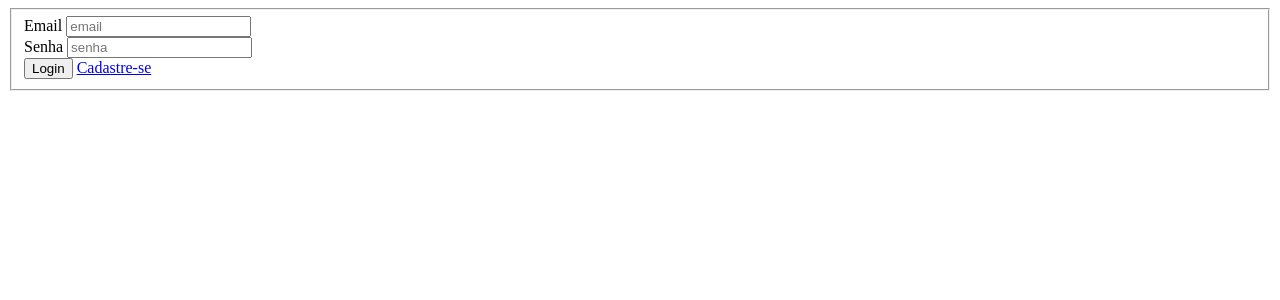
Repository: moises2112/Projetos
Page: http://localhost/Dog/LoginController.do?action=logar
The author's editor kept a copy of each file at every save. The page is drawn from the files as they stood at one save, then again after the next save.
The browser window is 1280 px wide. The pictures show the whole page.
The page is served by Tomcat 9. Other server files are loaded and not shown.

Above is the page before, as saved 2017-06-10 17:53:50.

### Dog/WebContent/login.jsp

<%@ page language="java" contentType="text/html; charset=ISO-8859-1"
	pageEncoding="ISO-8859-1"%>
<%@ taglib uri="http://java.sun.com/jsp/jstl/core" prefix="c"%>
<!DOCTYPE HTML>
<html>
<head>
<meta http-equiv="Content-Type" content="text/html; charset=ISO-8859-1">

<title>Bem vindo ao Tindog</title>
</head>
<body>
	<form action="LoginController.do?action=logar" method="post">
		<fieldset>
			<div>
				<label for="email">Email</label> <input type="text" name="email"
					placeholder="email" />
			</div>
			<div>
				<label for="senha">Senha</label> <input type="password" name="senha"
					placeholder="senha" />
			</div>
			<div>
				<input type="submit" value="Login" /> <a href="./cadastrar.jsp">Cadastre-se</a>

			</div>

		</fieldset>
	</form>

	<label><c:out value="${erroAoLogar}" /></label>


</body>
</html>

### Dog/src/br/com/dog/controller/LoginController.java
package br.com.dog.controller;

import java.io.IOException;

import java.sql.SQLException;

import javax.servlet.RequestDispatcher;
import javax.servlet.ServletConfig;
import javax.servlet.ServletException;
import javax.servlet.annotation.WebServlet;
import javax.servlet.http.HttpServlet;
import javax.servlet.http.HttpServletRequest;
import javax.servlet.http.HttpServletResponse;
import javax.servlet.http.HttpSession;
import br.com.dog.controller.util.NavegacaoUtil;
import br.com.dog.model.dao.CachorroDAO;
import br.com.dog.model.dao.UsuarioDAO;
import br.com.dog.model.dao.impl.jdbc.CachorroDao;
import br.com.dog.model.dao.impl.jdbc.UsuarioDao;
import br.com.dog.model.entity.Usuario;

/**
 * Servlet implementation class LoginController
 */
@WebServlet("/LoginController.do")
public class LoginController extends HttpServlet {
	private static final long serialVersionUID = 1L;

	/**
	 * Default constructor.
	 */

	/**
	 * @see HttpServlet#doGet(HttpServletRequest request, HttpServletResponse
	 *      response)
	 */
	protected void doGet(HttpServletRequest request, HttpServletResponse response)
			throws ServletException, IOException {

		RequestDispatcher view = request.getRequestDispatcher(NavegacaoUtil.LOGIN);
		view.forward(request, response);
	}

	/**
	 * @see HttpServlet#doPost(HttpServletRequest request, HttpServletResponse
	 *      response)
	 */
	protected void doPost(HttpServletRequest request, HttpServletResponse response)
			throws ServletException, IOException {
		String action = request.getParameter("action");
		RequestDispatcher view = null;
		if (action.equalsIgnoreCase("logar")) {
			UsuarioDAO userDAO = new UsuarioDao();

			String senhaDaTela = request.getParameter("senha");
			String emailDaTela = request.getParameter("email");

			Usuario usuario = null;

			try {
				// erro esta na linha abaixo
				usuario = userDAO.buscarLoginSenha(senhaDaTela, emailDaTela);

			} catch (SQLException e) {
				// TODO Auto-generated catch block
				e.printStackTrace();
			}

			if (usuario != null) {
				view = request.getRequestDispatcher(NavegacaoUtil.HOME);

				request.setAttribute("usuarioLogado", usuario);

				CachorroDAO dogDAO = new CachorroDao();
				try {
					request.setAttribute("myDogs", dogDAO.buscaPorUsuario(usuario));
				} catch (SQLException e) {
					// TODO Auto-generated catch block
					e.printStackTrace();
				}
				// HttpSession session = request.getSession();
				// session.setAttribute("usuario", usuario);
			} else {
				view = request.getRequestDispatcher(NavegacaoUtil.LOGIN);
				request.setAttribute("erroAoLogar", "Usuario ou senha inválido");
			}
		} else if (action.equalsIgnoreCase("logout")) {
			view = request.getRequestDispatcher(NavegacaoUtil.LOGIN);
			request.removeAttribute("usuarioLogado");
		}
		view.forward(request, response);
	}
}

After the next save:
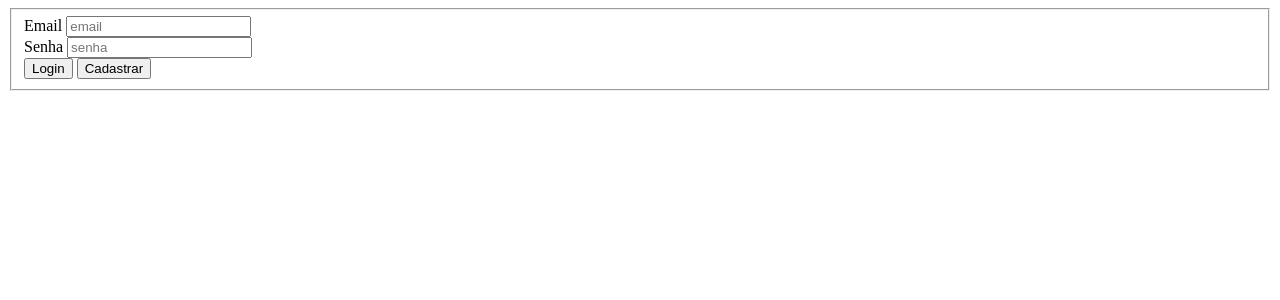
Saved 23 s later.
--- a/Dog/WebContent/login.jsp
+++ b/Dog/WebContent/login.jsp
@@ -21,7 +21,8 @@
 					placeholder="senha" />
 			</div>
 			<div>
-				<input type="submit" value="Login" /> <a href="./cadastrar.jsp">Cadastre-se</a>
+				<input type="submit" value="Login" /> <input type="button"
+					value="Cadastrar" onClick="window.location.href='./cadastrar.jsp'" />
 
 			</div>
 
